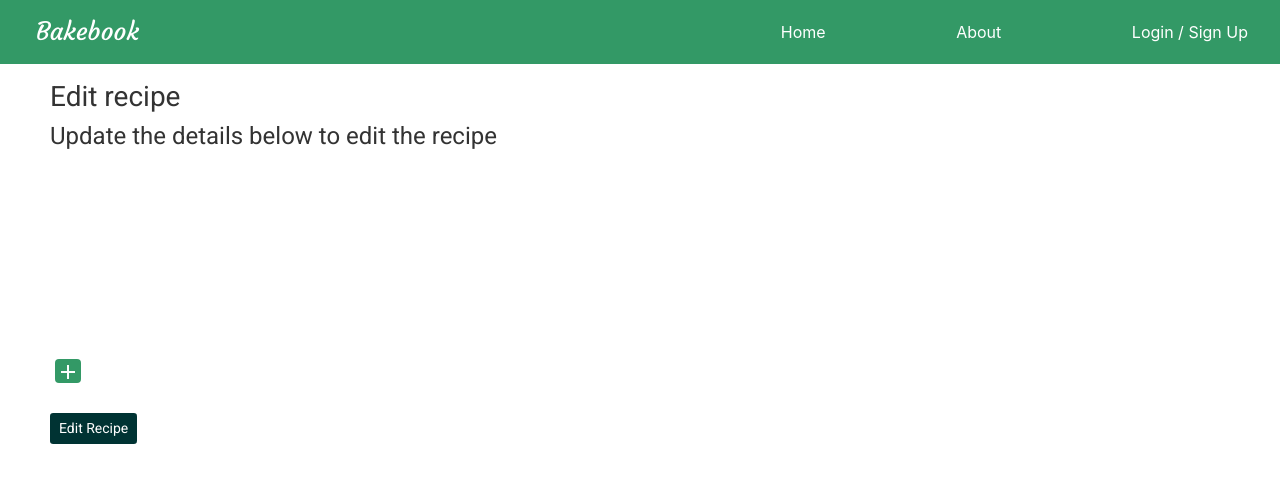
Repository: kmaaallen/bake_book
Page: templates/editrecipe.html
The author's editor kept a record of every edit. The page is drawn from the files as they stood at one moment, then again after the next edit.
The browser window is 1280 px wide. The pictures show the whole page.
Some web libraries are served in a nearby version. The template is drawn by Flask 3. The application's start-up code is not run. The template is opened directly, without the code that normally fills it, so the values that code supplies are empty.

Above is the page before.

After the next edit:
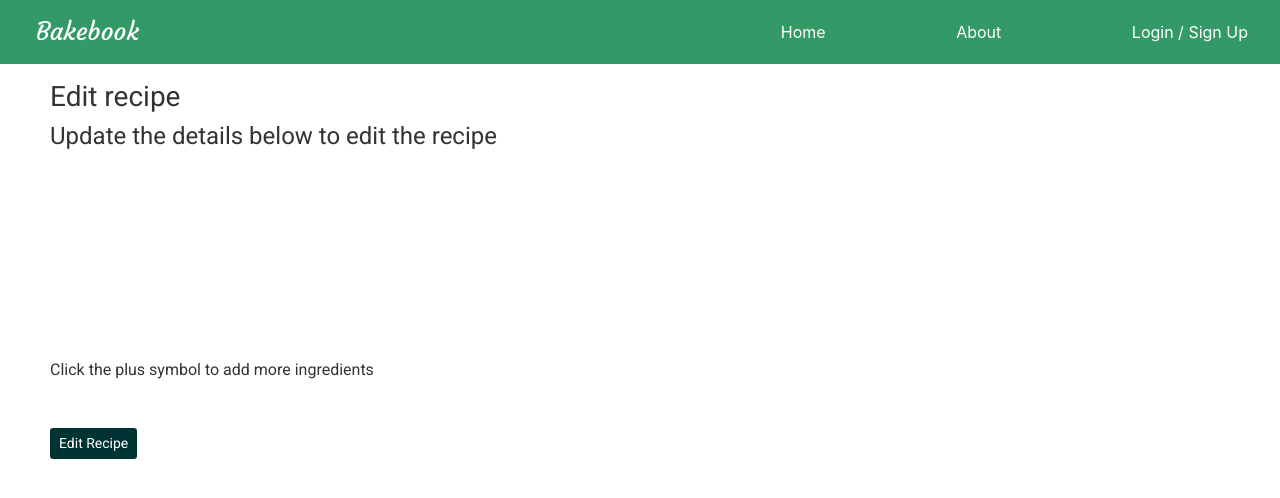
The edit:
--- a/templates/editrecipe.html
+++ b/templates/editrecipe.html
@@ -36,7 +36,7 @@
         {{ form.takes(placeholder = "How long does this recipe take to make?") }}
         </div>
         {{ form.ingredients.label }}
-        <a class="btn add-btn" id="addNewIngredient"><i class="material-icons">add</i></a>
+        <p>Click the plus symbol to add more ingredients</p>
         <div id="ingredients" class="input-div-width">
             {% for ingredient in form.ingredients.data %}
             <div><input required type='text' value='{{ingredient}}' class='ingredients' name='ingredients'></input><a class="btn add-btn" id="addNewStep"><i class="material-icons">add</i></a></div>
